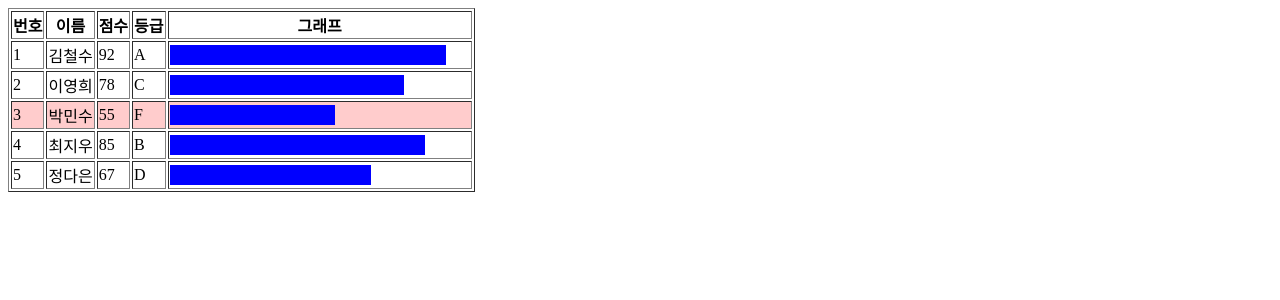
Repository: hyeongu135-ui/Jsp2026
Page: http://localhost/chapter01/example_score.jsp
These files come from the project's save history. The page is drawn as it stood at one moment and after the next save; the edit follows.
The browser window is 1280 px wide. The pictures show the whole page.
The page is served by Tomcat 9.

Above is the page before, as saved 2026-10-16 05:41:44.

After the next save:
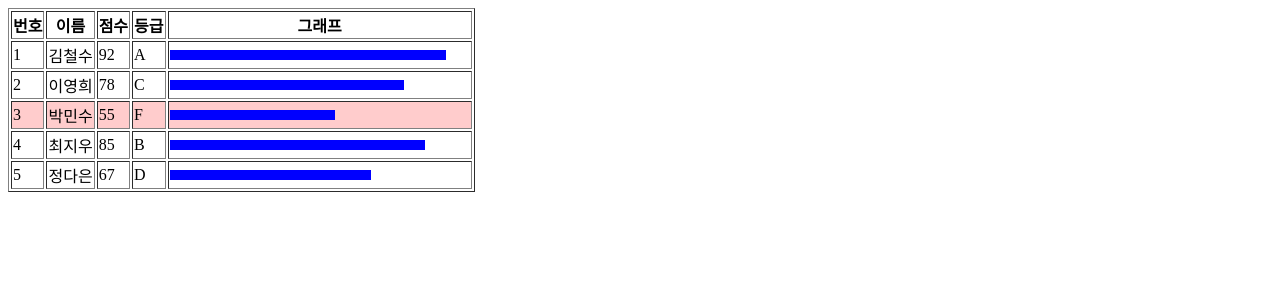
Saved 9 min 55 s later.
--- a/chapter01/src/main/webapp/example_score.jsp
+++ b/chapter01/src/main/webapp/example_score.jsp
@@ -38,7 +38,7 @@
 			<td><%=name[i]%></td>
 			<td><%=scores[i]%></td>
 			<td><%= getGrade(scores[i]) %></td>
-			<td style="width:300px"><div style="width:<%= scores[i] * 3 %>px; height:20px; background-color:blue;"></div></td>
+			<td style="width:300px"><div style="width:<%= scores[i] * 3 %>px; height:10px; background-color:blue;"></div></td>
 		</tr>
 		<%}else{ %>
 		<tr>
@@ -46,7 +46,7 @@
 			<td><%=name[i]%></td>
 			<td><%=scores[i]%></td>
 			<td><%=getGrade(scores[i]) %></td>
-			<td style="width:300px"><div style="width:<%= scores[i] * 3 %>px; height:20px; background-color:blue;"></div></td>
+			<td style="width:300px"><div style="width:<%= scores[i] * 3 %>px; height:10px; background-color:blue;"></div></td>
 		</tr>
 		<% } %>
 		<%} %>
